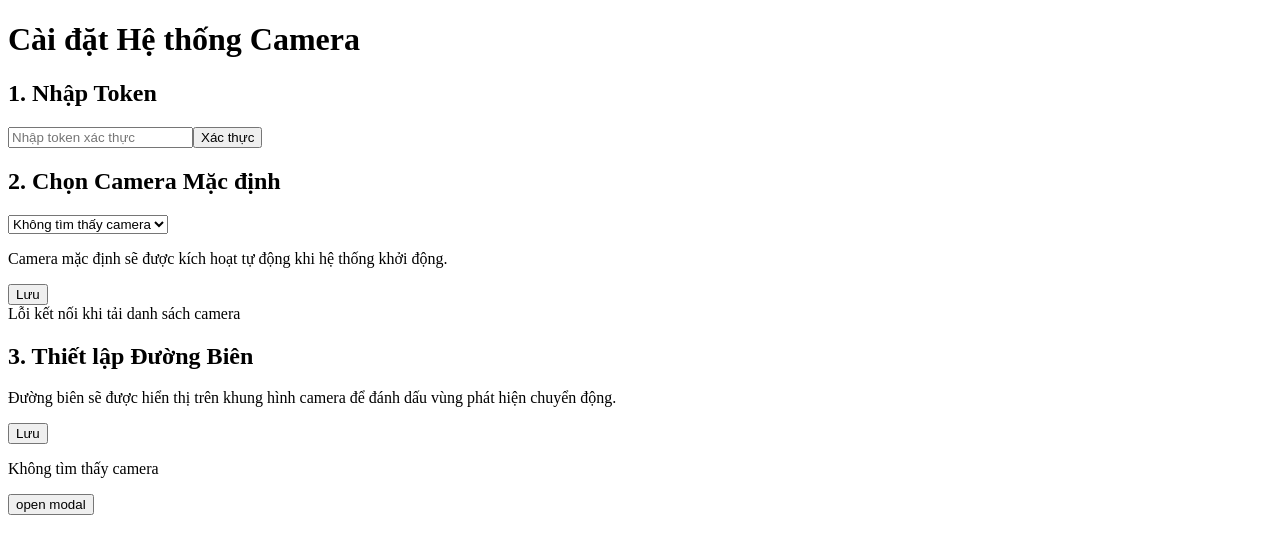
Repository: AzenKain/Traffic-Red-Light-Running-Violation-Detection
Page: /setting (app in client-web/client-web/)
These files come from the project's save history. The page is drawn as it stood at one moment and after a run of saves; the edit follows.
The browser window is 1280 px wide. The pictures show the whole page.
The page's requests for data from a server got no answer. The project was rebuilt for these pictures with package versions that can differ from the ones it lists, and the page was loaded fresh each time. The framework's server and built-in components were replaced by stand-ins that run in the browser. No one was signed in, and anything a server would have sent is missing. Also part of the build but not shown: client-web/client-web/src/components/draw/index.tsx.

Above is the page before, as saved 2025-03-23 02:46:45.

After the next 2 saves:
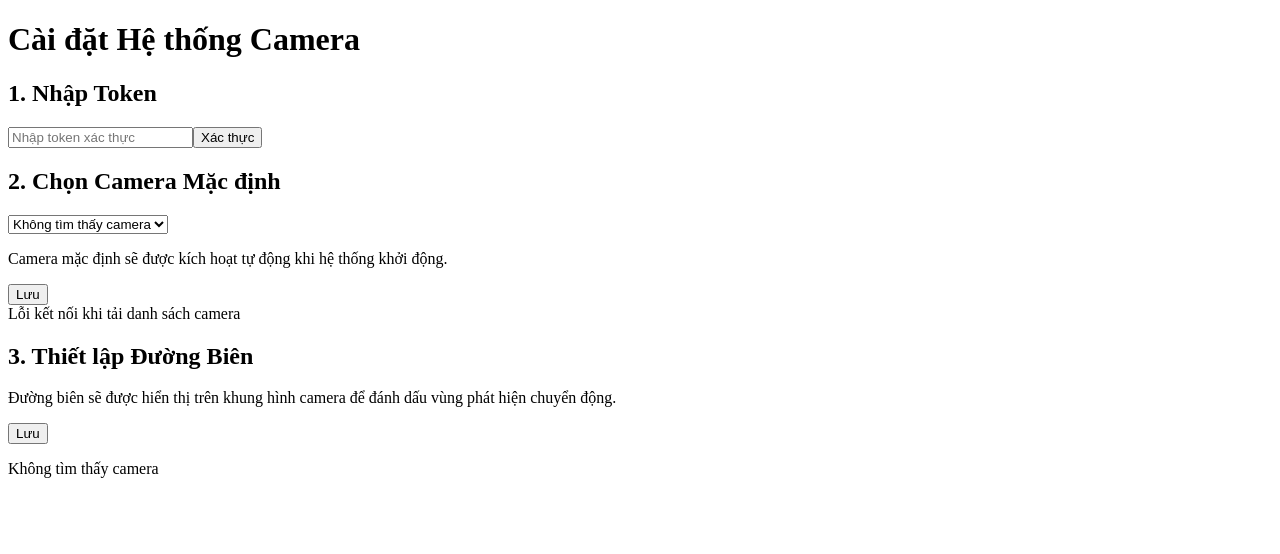
The 2 saves are shown as one change because they came seconds apart.
The last was saved 14 s later.
--- a/client-web/client-web/src/app/setting/page.tsx
+++ b/client-web/client-web/src/app/setting/page.tsx
@@ -283,6 +283,8 @@ export default function CameraSettings() {
                                         alt="Live Stream"
                                         className="w-full h-auto rounded-lg shadow-lg"
                                     />
+                                                           <button className="btn" onClick={() => (document?.getElementById('my_modal_4') as HTMLDialogElement)?.showModal()}>open modal</button>
+
                                     <button
                                         className="mt-2 px-4 py-2 bg-blue-500 text-white rounded-md hover:bg-blue-600"
                                         onClick={() => setAnnotateImageSrc(imageSrc)}
@@ -296,7 +298,6 @@ export default function CameraSettings() {
                                     <p>{availableCameras.length === 0 ? "Không tìm thấy camera" : "Đang kết nối..."}</p>
                                 </div>
                             )}
-                            <button className="btn" onClick={() => (document?.getElementById('my_modal_4') as HTMLDialogElement)?.showModal()}>open modal</button>
 
                             <dialog id="my_modal_4" className="modal">
                                 <div className="modal-box h-[91%] max-h-[100rem] w-11/12 max-w-[100rem]">
